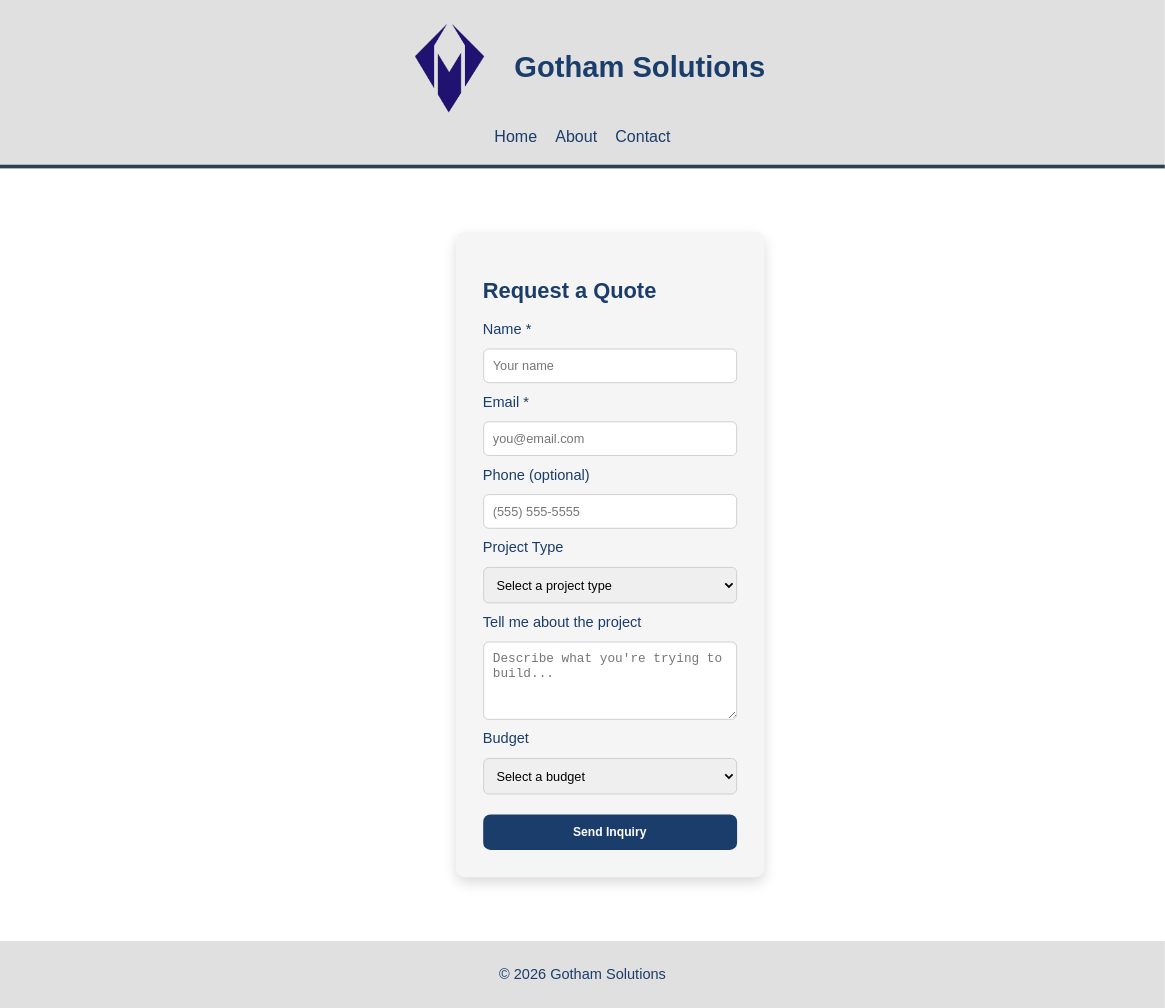
Repository: kmm569/gothamsolutions
Page: contact.html
An editor plug-in stored every save of this project. The page is shown before and after the next save, followed by the edit.
The browser window is 1280 px wide. The pictures show the whole page, at 91% of full size.

Above is the page before, as saved 2026-03-06 13:14:51.

After the next save:
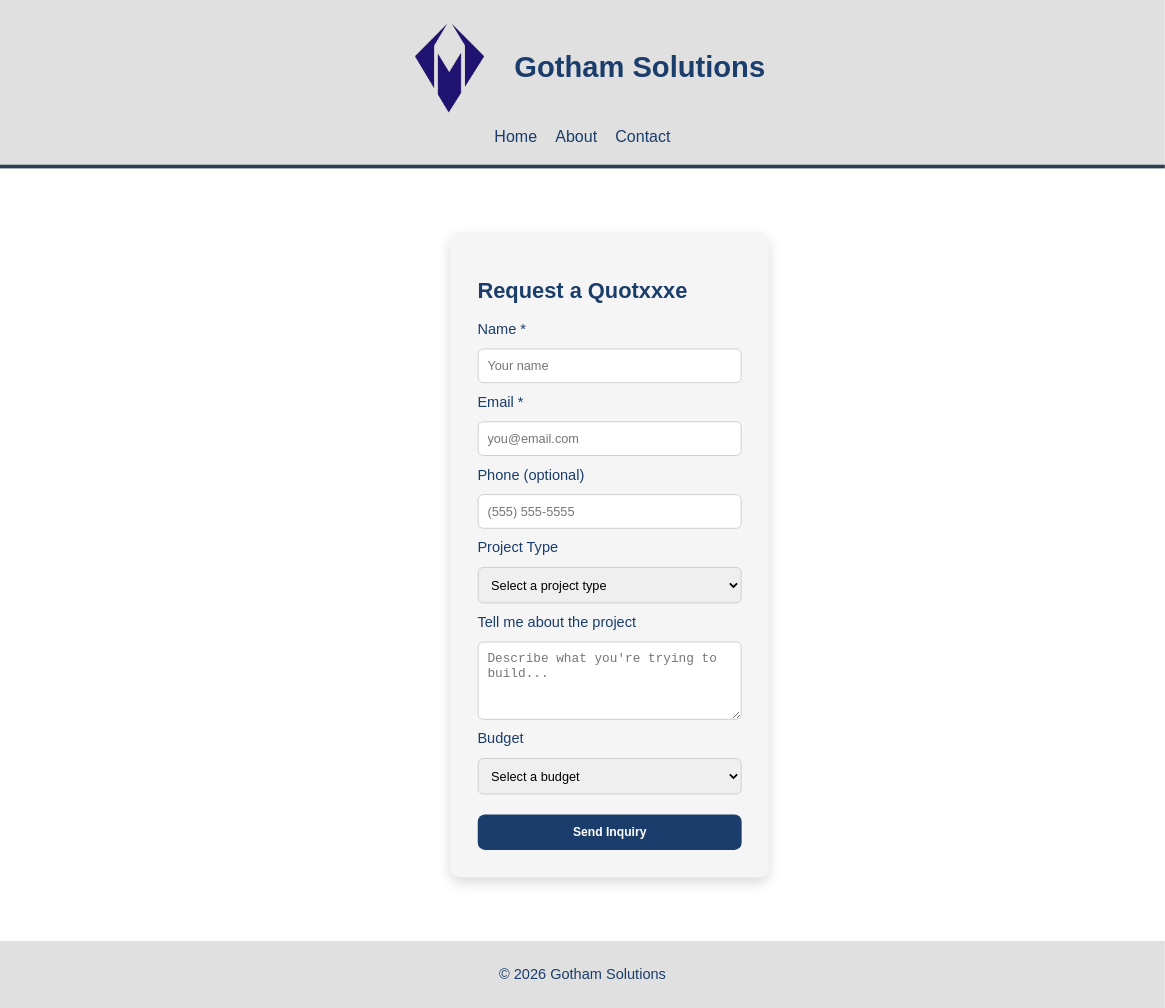
Saved 17 s later.
--- a/contact.html
+++ b/contact.html
@@ -35,7 +35,7 @@
 
 <section class="form-card">
 
-<h2>Request a Quote</h2>
+<h2>Request a Quotxxxe</h2>
 
 <form id="contactForm">
 

After the save that followed:
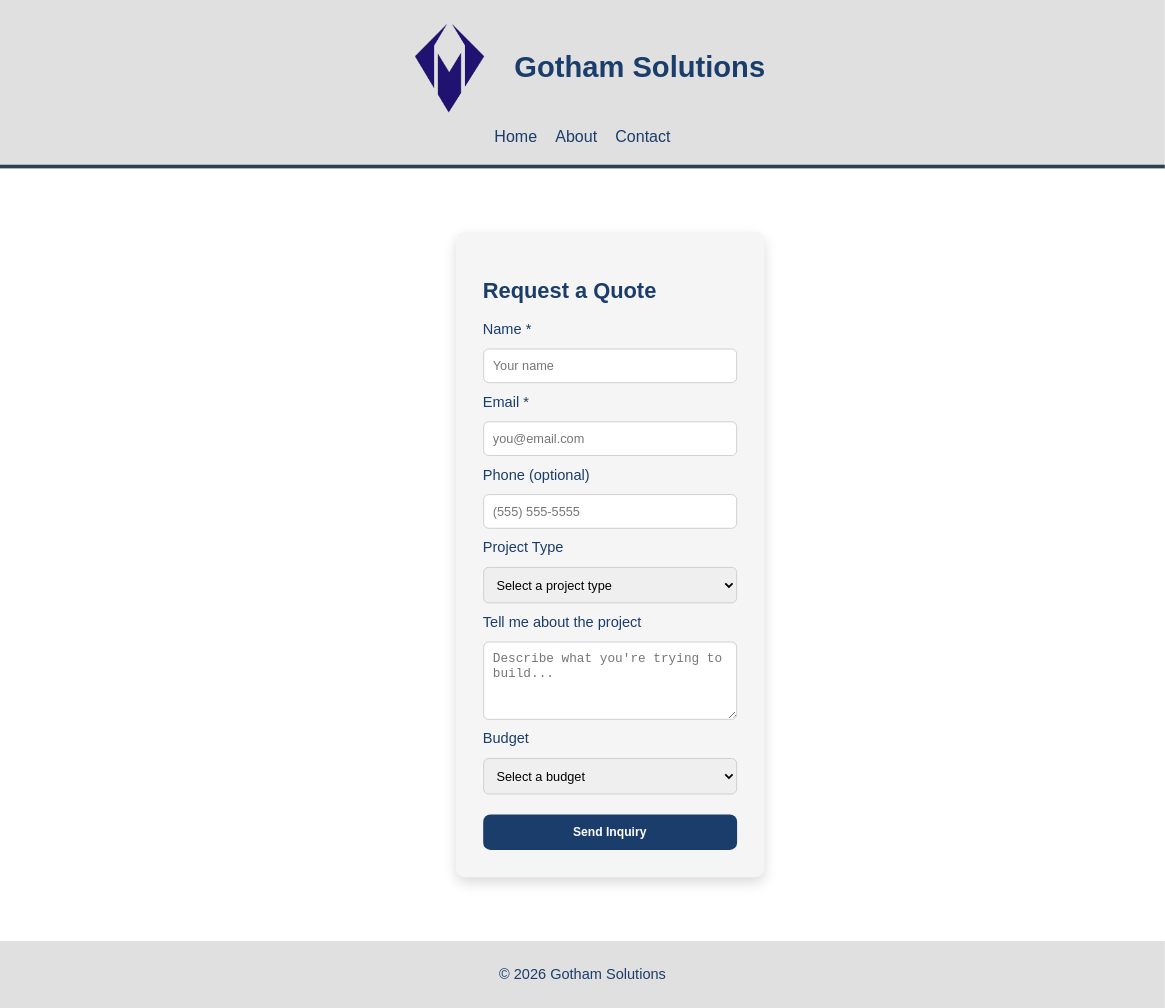
Saved 8 s later.
--- a/contact.html
+++ b/contact.html
@@ -35,7 +35,7 @@
 
 <section class="form-card">
 
-<h2>Request a Quotxxxe</h2>
+<h2>Request a Quote</h2>
 
 <form id="contactForm">
 
